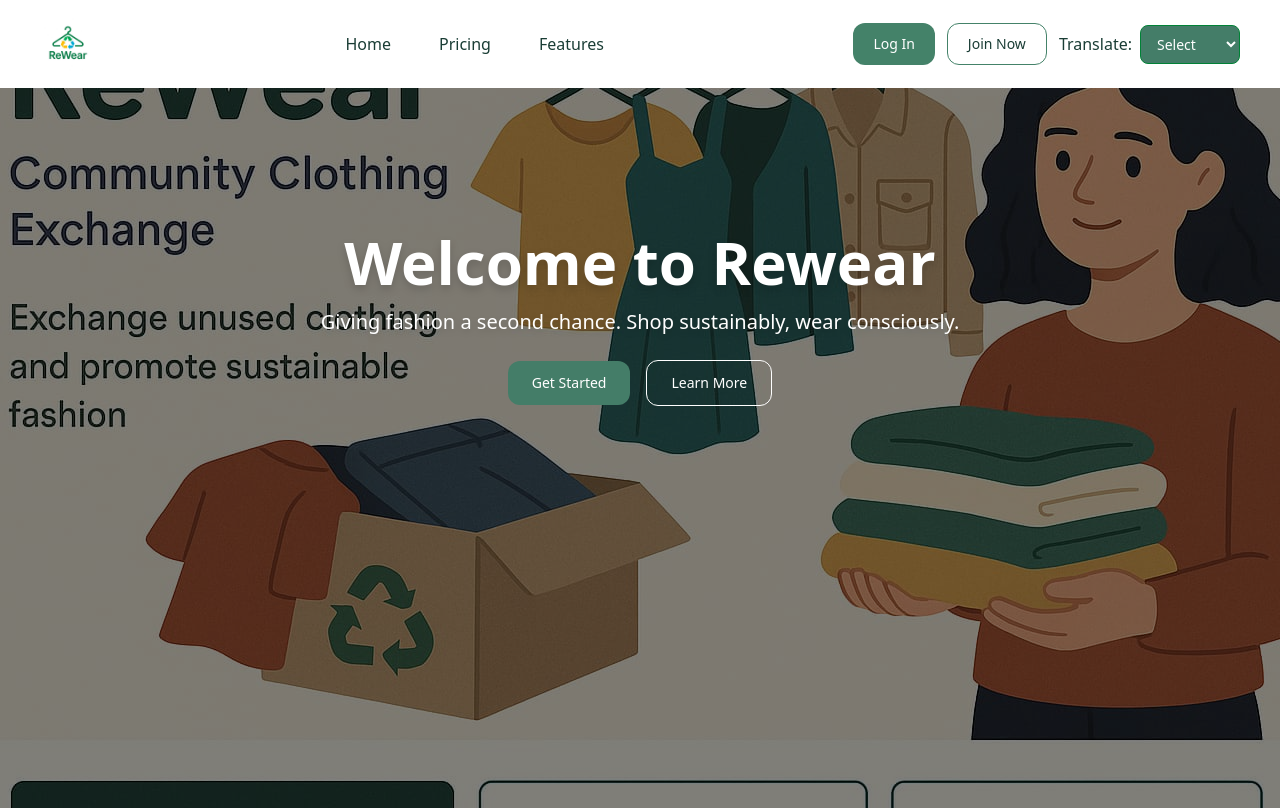
Repository: Swastikkkkk/vv
Page: / (app in OneDrive/Desktop/Yuzichahal/frontend/)
These files come from the project's save history. The page is drawn as it stood at one moment and after the next save; the edit follows.
The browser window is 1280 px wide. The pictures show the whole page.
The project was rebuilt for these pictures with package versions that can differ from the ones it lists, and the page was loaded fresh each time. Also part of the build but not shown: OneDrive/Desktop/Yuzichahal/frontend/vite.config.js, OneDrive/Desktop/Yuzichahal/frontend/src/components/Signup.jsx, OneDrive/Desktop/Yuzichahal/frontend/src/components/Login.jsx.

Above is the page before, as saved 2025-07-12 09:48:46.

After the next save:
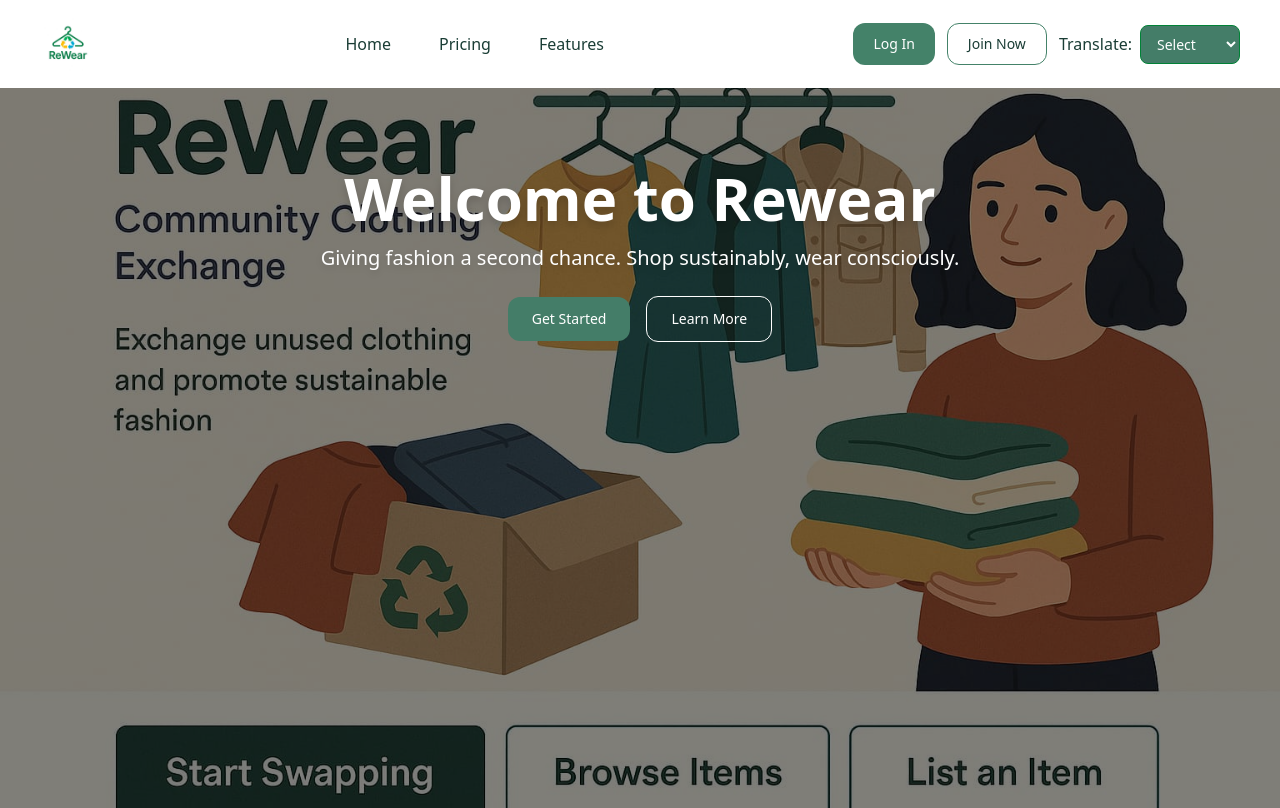
Saved 66 s later.
--- a/OneDrive/Desktop/Yuzichahal/frontend/src/components/Herosection.jsx
+++ b/OneDrive/Desktop/Yuzichahal/frontend/src/components/Herosection.jsx
@@ -4,14 +4,14 @@ import heroImage from '../assets/Heroimage.jpg';
 const HeroSection = () => {
   return (
     <section
-      className="w-screen h-screen bg-center relative flex items-start justify-center"
+      className="w-screen h-screen bg-center bg-cover relative flex items-start justify-center"
       style={{ backgroundImage: `url(${heroImage})` }}
     >
       {/* Dark overlay */}
       <div className="absolute inset-0 bg-black/50 z-0" />
 
       {/* Content pushed downward */}
-      <div className="relative z-10 text-center text-white px-4 pt-[20vh] w-full">
+      <div className="relative z-10 text-center text-white px-4 mt-[80px] pb-[100px] w-full">
         <h1 className="text-4xl md:text-6xl font-bold mb-4 drop-shadow-lg">
           Welcome to Rewear
         </h1>
